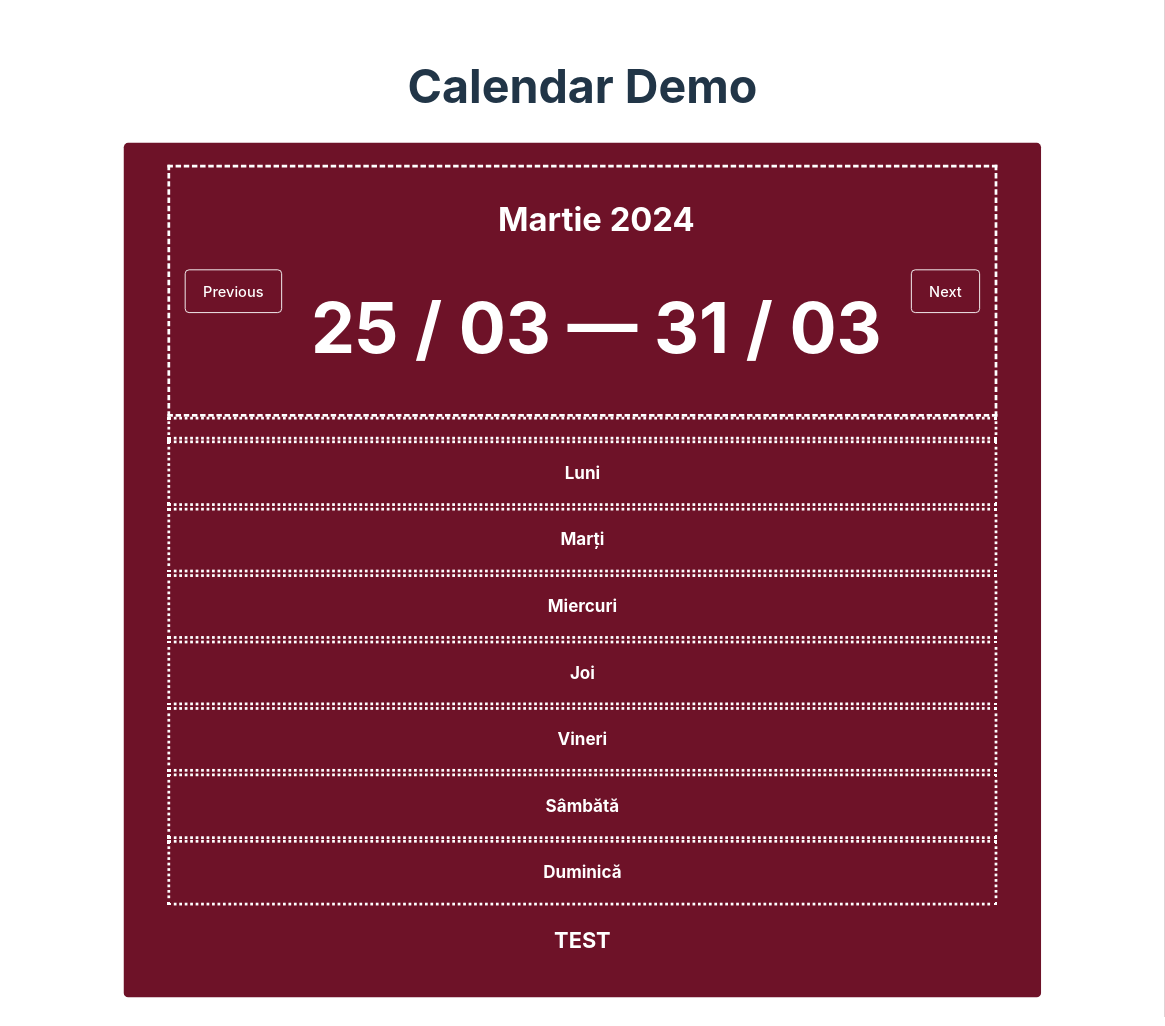
Repository: Maryie-B/weekly-calendar-scheduler
Page: /
An editor plug-in stored every save of this project. The page is shown before and after the next save, followed by the edit.
The browser window is 1280 px wide. The pictures show the whole page, at 91% of full size.
The project was rebuilt for these pictures with package versions that can differ from the ones it lists, and the page was loaded fresh each time. Also part of the build but not shown: vite.config.js.

Above is the page before, as saved 2024-03-26 15:12:26.

### src/App.jsx
import './App.css'
import CalendarHeader from './CalendarHeader'
import CalendarDays from './CalendarDays'

function App() {

  return (
    <>
      <h1>Calendar Demo</h1>
      <div className='calendar-wrapper'>

        <CalendarHeader />
        <CalendarDays />
      </div>
    </>
  )
}

export default App

### src/App.css
#root {
  max-width: 1280px;
  margin: 0 auto;
  padding: 2rem;
  text-align: center;
}

.calendar-wrapper {
  background-color: rgb(110, 18, 40);
  color: white;
  padding: 1.5rem 3rem;
  border-radius: 0.3rem;
}

.calendar-header {
  display: flex;
  flex-direction: row;
  border-color: white;
  border-style: dashed;
  align-items: center;
  justify-content: center;
}


.calendar-button {
  background-color: rgba(0, 0, 0, 0);
  height: 3rem;
  align-items: center;
  justify-content: center;
  border-color: white;
  border-radius: 0.3rem;
  color: white;
  font-size: 1rem;
  margin: 1rem;
}

.calendar-text {
  font-size: 1.5rem;
  padding: 0rem 1rem;
}

.calendar-days-wrapper {
  display: grid;
  gap: 0.1rem;
}

.days-header {
  border-color: white;
  border-style: dotted;
  /* border: 0.3rem; */
}

### src/CalendarHeader.jsx
import { useState, useEffect } from "react";

const CalendarHeader = () => {
  const [currentWeekStart, setCurrentWeekStart] = useState(() => {
      const now = new Date();
      const currentDay = now.getDay();
      const untilMonday = currentDay === 0 ? 6 : currentDay - 1;
      now.setDate(now.getDate() - untilMonday);
      return now;
  });

  const [currentWeekEnd, setCurrentWeekEnd] = useState(() => {
    const end = new Date(currentWeekStart);
    end.setDate(currentWeekStart.getDate() + 6);
    return end;
  });

  useEffect(() => {
    const end = new Date(currentWeekStart);
    end.setDate(currentWeekStart.getDate() + 6);
    console.log(end, '- from useEffect');
    setCurrentWeekEnd(end);
  }, [currentWeekStart]);

  const handleGoToPreviousWeek = () => {
    setCurrentWeekStart((prevDate) => {
        const newDate = new Date(prevDate);
        newDate.setDate(newDate.getDate() - 7);
        console.log(newDate, '-- from handleGoToPrevWeek');
        return newDate;
    });
  };

  const handleGoToNextWeek = () => {
    setCurrentWeekStart((prevDate) => {
        const newDate = new Date(prevDate);
        newDate.setDate(newDate.getDate() + 7);
        console.log(newDate, '-from handle NEXTdate');
        return newDate;
    });
  };

  const startMonth = currentWeekStart.getMonth();
  const endMonth = currentWeekEnd.getMonth();
  const startYear = currentWeekStart.getFullYear();
  const endYear = currentWeekEnd.getFullYear();

  const monthsNames = ['Ianuarie', 'Februarie', 'Martie', 'Aprilie',
                        'Mai', 'Iunie', 'Iulie', 'August', 'Septembrie', 'Octombrie', 'Noiembrie', 'Decembrie'];

  let calendarHeader = `${monthsNames[startMonth]} ${startYear}`;
  if (startMonth !== endMonth || startYear !== endYear) {
    calendarHeader += ` — ${monthsNames[endMonth]} ${endYear} `
  }

  let weekStartMonthNumber = currentWeekStart.getMonth() + 1;
  let weekEndMonthNumber = currentWeekEnd.getMonth() + 1;

  weekStartMonthNumber = weekStartMonthNumber < 10 ? `0${weekStartMonthNumber}` : weekStartMonthNumber;
  weekEndMonthNumber = weekEndMonthNumber < 10 ? `0${weekEndMonthNumber}` : weekEndMonthNumber;

  const datesRange = `${currentWeekStart.getDate()} / ${weekStartMonthNumber} — ${currentWeekEnd.getDate()} / ${weekEndMonthNumber}`;

  return (
    <div className="calendar-header">
        <button className='calendar-button' onClick={handleGoToPreviousWeek}>Previous</button>
        <div className="calendar-text">
        <h2>{calendarHeader}</h2>
        <h1>{datesRange}</h1>
        </div>
        <button className='calendar-button' onClick={handleGoToNextWeek}>Next</button>
    </div>
  )
}

export default CalendarHeader;

### src/CalendarDays.jsx
import { useState } from "react"

const CalendarDays = () => {
  const weekDays = [' ', 'Luni', 'Marți', 'Miercuri', 'Joi', 'Vineri', 'Sâmbătă', 'Duminică']

  return (
    <div className="calendar-days-wrapper">
      {weekDays.map((day, index) => {
        return (
        <div className="days-header" key={index}>
           <h3>{day}</h3>
        </div>
        )
      })}
      <h2>TEST</h2>
    </div>
  )
}

export default CalendarDays

Loaded but not shown: index.html (common file); src/main.jsx (common file); src/index.css (common file)

After the next save:
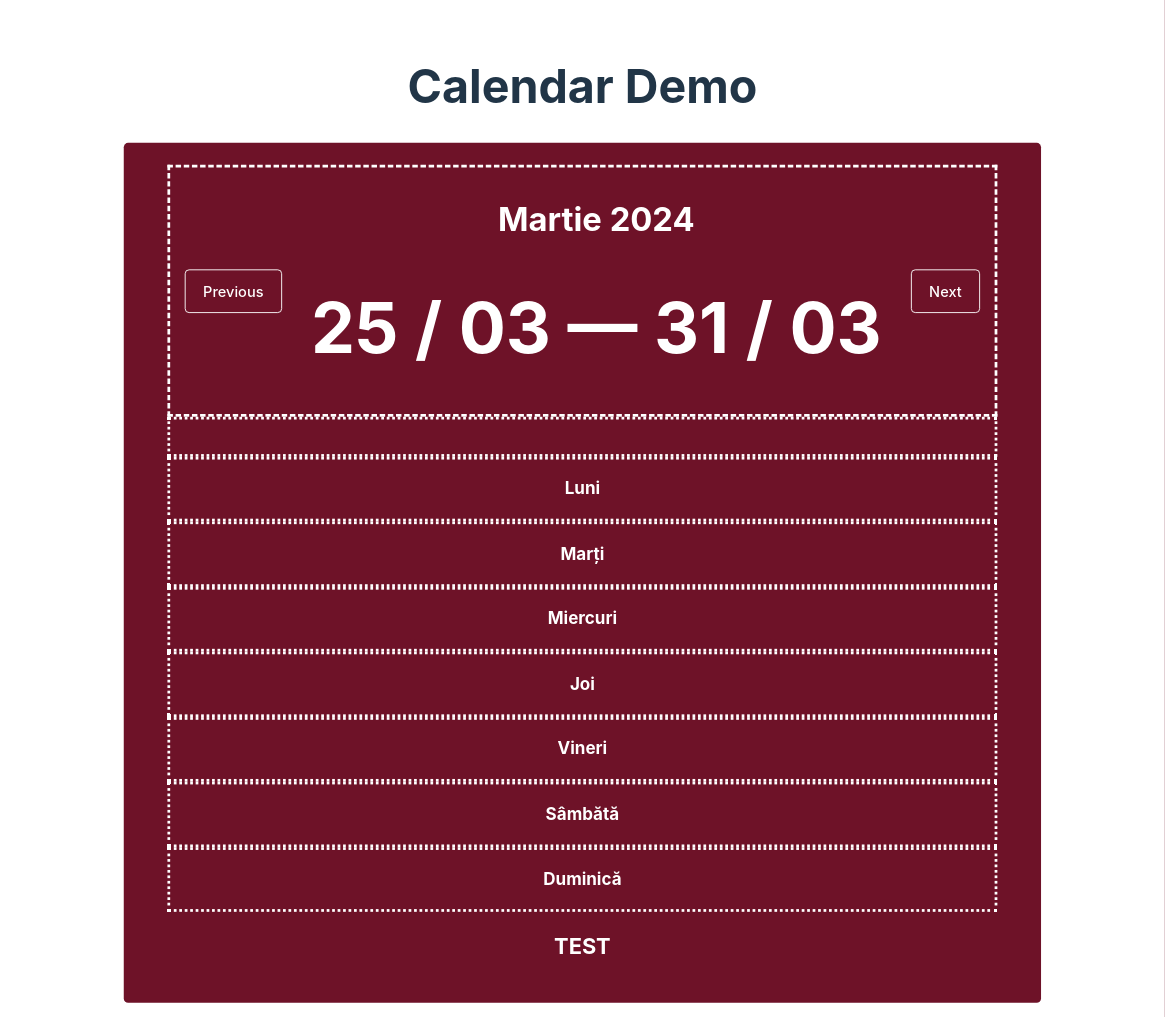
Saved 68 s later.
--- a/src/App.css
+++ b/src/App.css
@@ -39,9 +39,10 @@
   padding: 0rem 1rem;
 }
 
-.calendar-days-wrapper {
+.calendar-days-wrapper > div{
   display: grid;
   gap: 0.1rem;
+  text-align: center;
 }
 
 .days-header {
